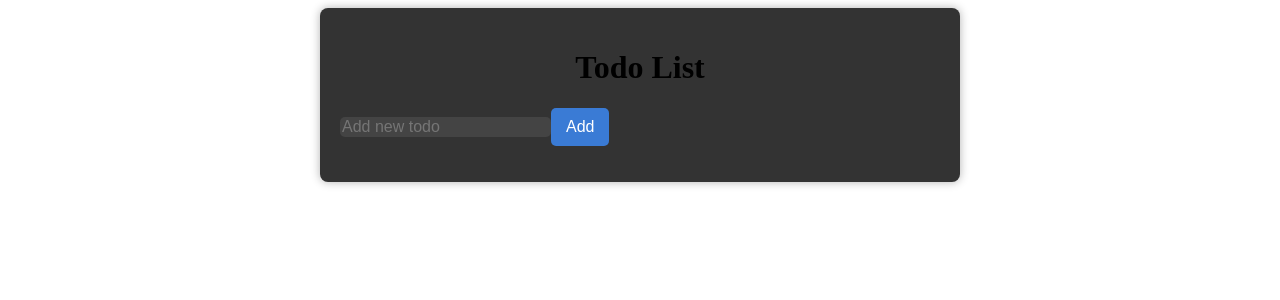
Repository: Tobby004/Todo-assignment
Page: / (app in todo-list-app/)
The author's editor kept a copy of each file at every save. The page is drawn from the files as they stood at one save, then again after the next save.
The browser window is 1280 px wide. The pictures show the whole page.
The project was rebuilt for these pictures with package versions that can differ from the ones it lists, and the page was loaded fresh each time. Also part of the build but not shown: todo-list-app/vue.config.js.

Above is the page before, as saved 2023-12-06 16:06:44.

### todo-list-app/src/App.vue
<template>
  <div id="app">
    <h1>Todo List</h1>
    <div class="input-container">
      <input v-model="newTodo" @keyup.enter="addTodo" placeholder="Add new todo" class="input-field">
      <button @click="addTodo" class="add-button">Add</button>
    </div>
    <ul>
      <li v-for="(todo, index) in todos" :key="index" class="todo-item">
        <span>{{ todo }}</span>
        <button @click="editTodo(index)" class="edit-button">Edit</button>
        <button @click="deleteTodo(index)" class="delete-button">Delete</button>
      </li>
    </ul>
  </div>
</template>



<script>
export default {
  data() {
    return {
      todos: [],
      newTodo: '',
      editedTodoIndex: null,
    };
  },
  methods: {
    addTodo() {
      if (this.newTodo.trim() !== '') {
        if (this.editedTodoIndex !== null) {
          this.todos[this.editedTodoIndex] = this.newTodo;
          this.newTodo = '';
          this.editedTodoIndex = null;
        } else {
          this.todos.push(this.newTodo);
          this.newTodo = '';
        }
      }
    },
    editTodo(index) {
      this.newTodo = this.todos[index];
      this.editedTodoIndex = index;
    },
    deleteTodo(index) {
      this.todos.splice(index, 1);
    },
  },
};
</script>

<style scoped>
body {
  margin: 0;
  font-family: Arial, sans-serif;
  background-color: #222;
  color: #eee;
}

#app {
  max-width: 600px;
  margin: 0 auto;
  padding: 20px;
  background-color: #333;
  border-radius: 8px;
  box-shadow: 0 0 10px rgba(0, 0, 0, 0.3);
}

h1 {
  text-align: center;
}

.input-container {
  display: flex;
  align-items: center;
  margin-bottom: 10px;
}

.input-field {
  border: none;
  border-radius: 5px;
  font-size: 16px;
  background-color: #444;
  color: #eee;
}

.add-button {
  padding: 10px 15px;
  border: none;
  border-radius: 5px;
  cursor: pointer;
  font-size: 16px;
  background-color: #3a7bd5;
  color: #fff;
  transition: background-color 0.3s ease;
}

.add-button:hover {
  background-color: #2e5aa3;
}
.todo-item {
  display: flex;
  align-items: center;
  justify-content: space-between;
  padding: 10px;
  margin-bottom: 8px;
  background-color: #555;
  border-radius: 5px;
  transition: background-color 0.3s ease;
}

.todo-item:hover {
  background-color: #666;
}

.edit-button,
.delete-button {
  padding: 5px 10px;
  border: none;
  border-radius: 3px;
  cursor: pointer;
  transition: background-color 0.3s ease;
}

.edit-button:hover {
  background-color: #3a7bd5;
}

.delete-button:hover {
  background-color: #d9534f;
}
</style>

Loaded but not shown: todo-list-app/public/index.html (common file); todo-list-app/src/main.js (common file)

After the next save:
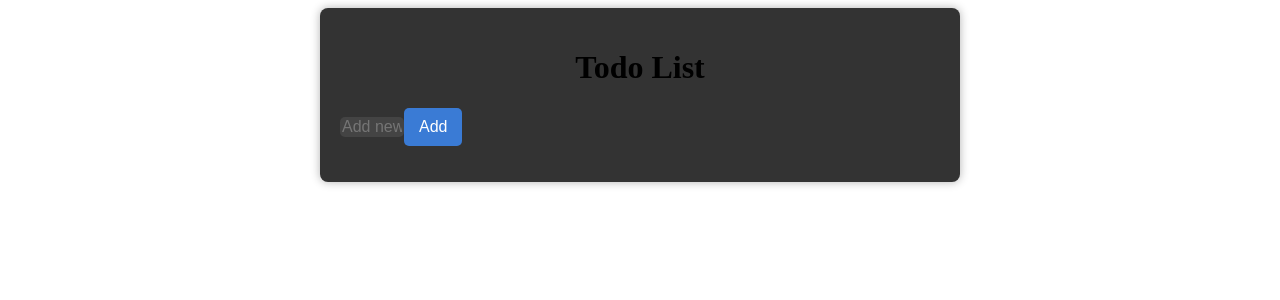
Saved 29 s later.
--- a/todo-list-app/src/App.vue
+++ b/todo-list-app/src/App.vue
@@ -78,6 +78,7 @@ h1 {
 }
 
 .input-field {
+  width: 60px;
   border: none;
   border-radius: 5px;
   font-size: 16px;
